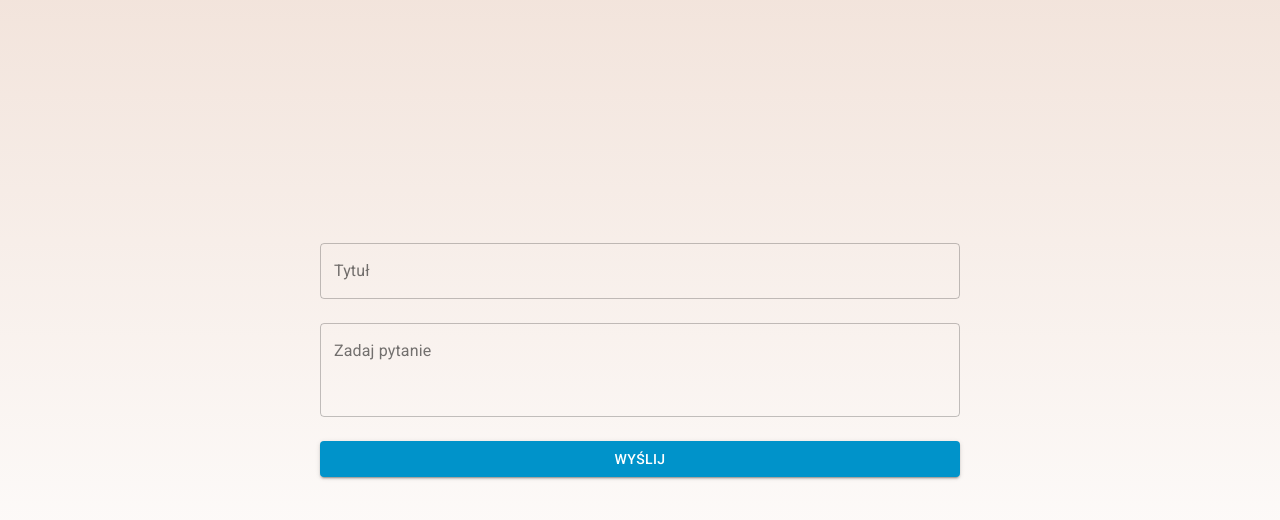
Repository: piotr-bocian/Projekt-5
Page: /
An editor plug-in stored every save of this project. The page is shown before and after a run of saves, followed by the edit.
The browser window is 1280 px wide. The pictures show the whole page.
The project was rebuilt for these pictures with package versions that can differ from the ones it lists, and the page was loaded fresh each time.

Above is the page before, as saved 2021-03-22 17:57:26.

### public/index.html
<!DOCTYPE html>
<html lang="en">

<head>
  <meta charset="utf-8" />
  <meta name="viewport" content="width=device-width, initial-scale=1" />
  <meta name="theme-color" content="#000000" />
  <meta name="description" content="Coders-Camp2020 Projekt Full-Stack Schronisko dla zwierząt" />
  <link rel="apple-touch-icon" href="%PUBLIC_URL%/logo192.png" />

  <link rel="manifest" href="%PUBLIC_URL%/manifest.json" />
  <link rel="stylesheet" href="https://fonts.googleapis.com/css?family=Roboto:300,400,500,700&display=swap" />
  <link href="https://fonts.googleapis.com/css2?family=Amatic+SC&display=swap" rel="stylesheet">
  <title>Schronisko dla zwierząt</title>
</head>

<body>
  <noscript>You need to enable JavaScript to run this app.</noscript>
  <div id="root"></div>
</body>

</html>

### src/index.js
import React from 'react';
import ReactDOM from 'react-dom';
import App from '../src/view/App';
import reportWebVitals from './reportWebVitals';
import './styles/main.css';

ReactDOM.render(
  <React.StrictMode>
    <App />
  </React.StrictMode>,
  document.getElementById('root')
);

reportWebVitals();

### src/view/App.js
import React from 'react';
import styled from 'styled-components';
import AdotpionForm from '../components/Organisms/AdotpionForm/AdotpionForm';
import { ThemeProvider, createMuiTheme } from '@material-ui/core';

const Wrapper = styled.div`
  display: flex;
  flex-direction: column;
  justify-content: center;
  align-items: center;
  width: 100%;
  height: 100vh;
`;

const theme = createMuiTheme({
  palette:{
    primary:{
      light: '#0292c9',
      main: '#0093CA',
      dark: '#0274A2'
    }
  }
});


function App() {
  return (
    <ThemeProvider theme={theme}>
      <Wrapper>
        <AdotpionForm />
      </Wrapper>
    </ThemeProvider>
  );
}

export default App;

### src/styles/main.css
*{
   box-sizing: border-box;
   padding: 0;
   margin: 0;
}

body {
   background-image: linear-gradient(180deg,#e8cebf 0%,rgba(232, 206, 191, 0.55) 0.01%,#ffffff 90.62%);
   background-repeat: no-repeat;
}

### src/components/Organisms/AdotpionForm/AdotpionForm.js
import React, { useState } from 'react';
import { TextField, RadioGroup, FormControlLabel, Radio, Button } from '@material-ui/core';
import { Grid } from '@material-ui/core';

import './AdotpionForm.css';

const AdotpionForm = () => {
    const [title, setTitle] = useState('');
    const [lastName, setLastName] = useState('');
    const [mobile, setMobile] = useState('');
    const [birthDate, setBirthDate] = useState('');
    const [occupation, setOccupation] = useState('');
    const [preferredTask, setPreferredTask] = useState('');

    const sendForm = (e) => {
        e.preventDefault();
        console.log(title);
        console.log(lastName);
        console.log(mobile);
        console.log(birthDate);
        console.log(occupation);
        console.log(preferredTask);
    }

    return (
        <form className="form" onSubmit={sendForm}>
            <Grid container spacing={3}>
                <Grid item xs={12} sm={12} md={12}>
                    <TextField
                        variant="outlined"
                        label="Tytuł" value={title}
                        onChange={(e) => setTitle(e.target.value)}
                        fullWidth
                    />
                </Grid>
                <Grid item xs={12}>
                    <TextField
                        variant="outlined"
                        label="Zadaj pytanie"
                        multiline
                        rows={3}
                        value={occupation} onChange={(e) => setOccupation(e.target.value)}
                        fullWidth
                    />
                </Grid>
                <Grid item xs={12}>
                    <Button
                        color="primary"
                        variant="contained"
                        type="submit"
                        fullWidth
                    >
                        Wyślij
                    </Button>
                </Grid>
            </Grid>
        </form>
    )
}

export default AdotpionForm;

### src/components/Organisms/AdotpionForm/AdotpionForm.css
.form{
    width: 50vw;
}

@media (max-width: 768px){
    .form{
        width: 80vw;
    }
}

Loaded but not shown: src/reportWebVitals.js (common file)

After the next 11 saves:
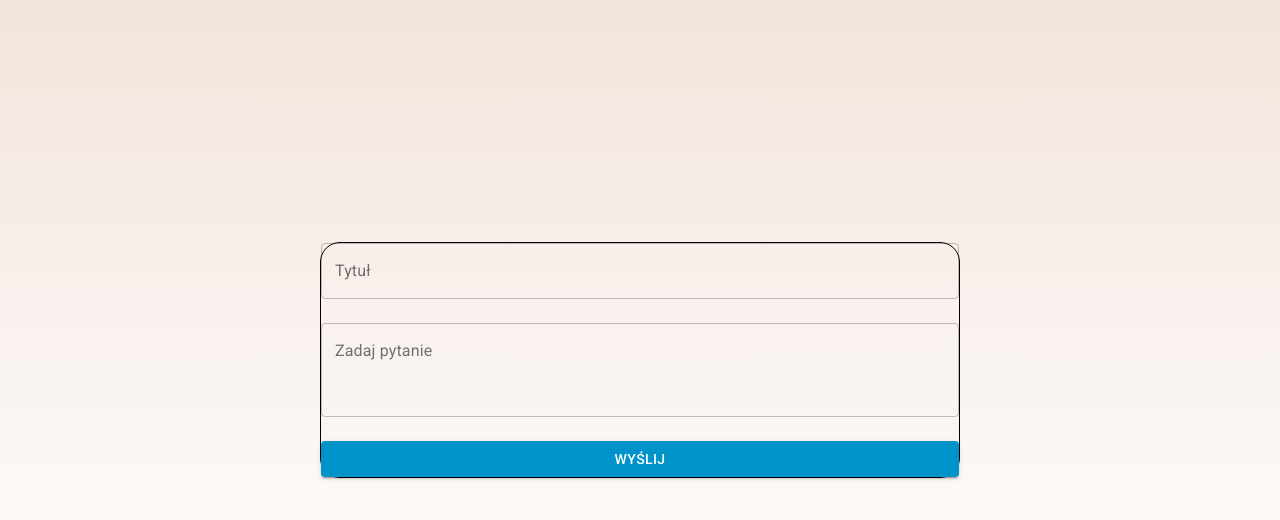
The 11 saves are shown as one change because they came seconds apart.
The last was saved 62 s later.
--- a/src/components/Organisms/AdotpionForm/AdotpionForm.css
+++ b/src/components/Organisms/AdotpionForm/AdotpionForm.css
@@ -1,5 +1,7 @@
 .form{
     width: 50vw;
+    border-radius: 20px;
+    border:1px solid black;
 }
 
 @media (max-width: 768px){
